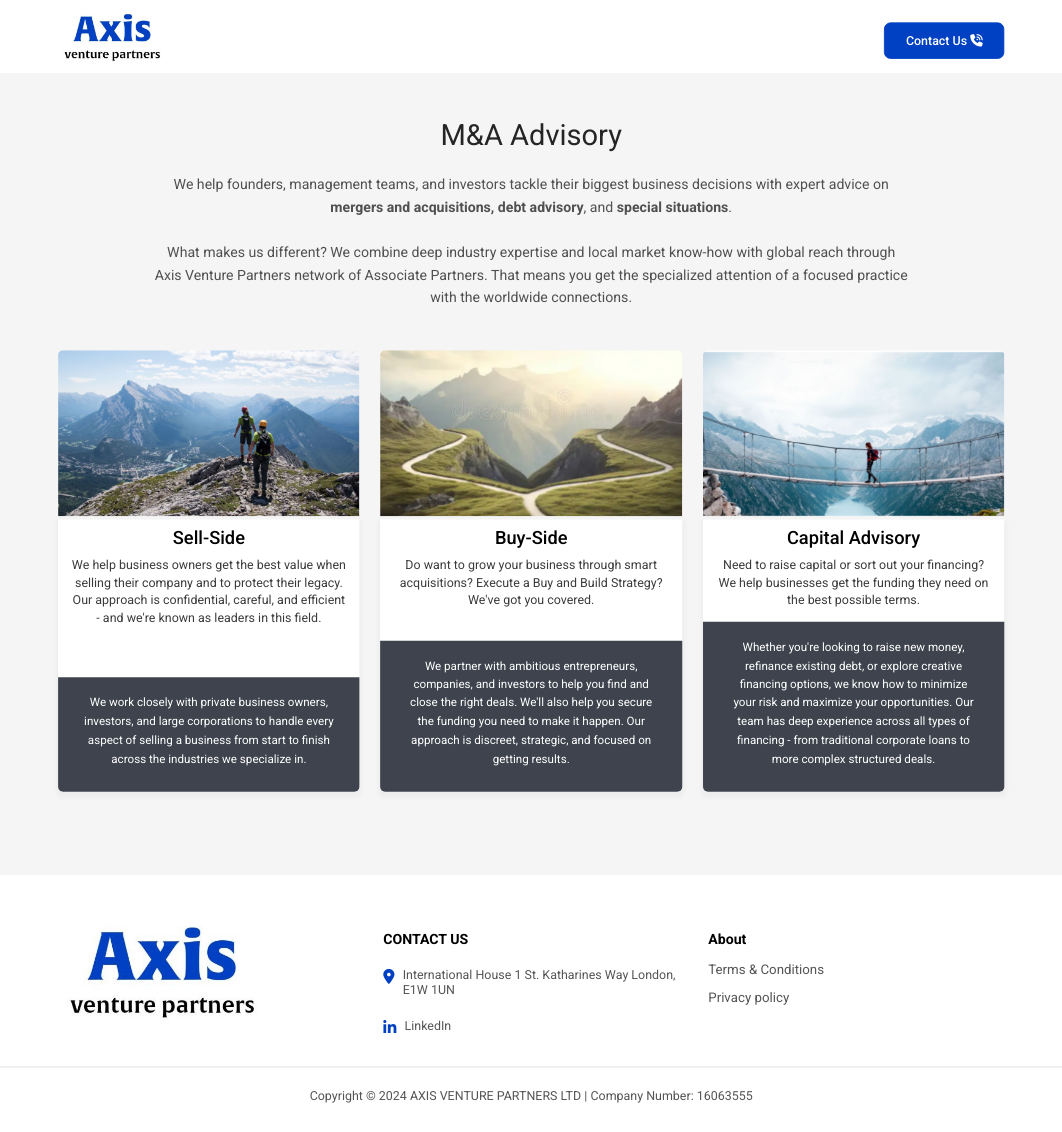
Repository: uchasowa/axisventures
Page: ma-advisory.html
An editor plug-in stored every save of this project. The page is shown before and after the next save, followed by the edit.
The browser window is 1280 px wide. The pictures show the whole page, at 83% of full size.
Some web libraries are served in a nearby version.

Above is the page before, as saved 2025-07-04 21:08:55.

### ma-advisory.html
<!DOCTYPE html>
<html lang="en">
<head>
    <meta charset="UTF-8">
    <meta name="viewport" content="width=device-width, initial-scale=1.0">
    <title>M&A Advisory | Axis Venture Partners</title>
    <link rel="stylesheet" href="./css/style.css">
    <link rel="stylesheet" href="./css/animate.min.css">
    <link rel="shortcut icon" href="./assets/favicon.ico" type="image/x-icon">
    <script src="https://kit.fontawesome.com/49f02d4a75.js" crossorigin="anonymous"></script>
</head>
<body>
    <header>
        <div class="container">
            <div class="logo">
                <a href="index.html" class="logo-link">
                    <img src="./assets/logo.jpeg" alt="Axis Venture Partners Logo">
                </a>
            </div>
            <a class="contact-btn" href="https://2f7evz.share-eu1.hsforms.com/2scI3GD3BTHCDbXn-jbSilg" aria-label="Contact Us">
                <span>Contact Us</span>
                <i class="fa-solid fa-phone-volume" aria-hidden="true"></i>
            </a>
        </div>
    </header>
    <main>
        <section class="whatWeDo" aria-label="M&A Advisory Services" style="padding-top:30px;">
            <div class="container">
                <div class="title wow animate__fadeInUp" data-wow-duration="0.8s">
                    <h1>M&amp;A Advisory</h1>
                    <p>
                        We help founders, management teams, and investors tackle their biggest business decisions with expert advice on <b>mergers and acquisitions, debt advisory</b>, and <b>special situations</b>.<br><br>
                        What makes us different? We combine deep industry expertise and local market know-how with global reach through Axis Venture Partners network of Associate Partners. That means you get the specialized attention of a focused practice with the worldwide connections.
                    </p>
                </div>
                <div class="boxes">
                    <!-- Sell-Side Card -->
                    <article class="box wow animate__fadeInUp" data-wow-duration="0.8s">
                        <div class="image">
                            <img src="./assets/mountain_hiking.png" alt="Sell-Side Advisory">
                        </div>
                        <div class="text">
                            <h2>Sell-Side</h2>
                            <span>We help business owners get the best value when selling their company and to protect their legacy. Our approach is confidential, careful, and efficient - and we're known as leaders in this field.</span>
                            <div class="footer">
                                <p>We work closely with private business owners, investors, and large corporations to handle every aspect of selling a business from start to finish across the industries we specialize in.</p>
                            </div>
                        </div>
                    </article>
                    <!-- Buy-Side Card -->
                    <article class="box wow animate__fadeInUp" data-wow-duration="1.2s">
                        <div class="image">
                            <img src="./assets/forked_path.png" alt="Buy-Side Advisory">
                        </div>
                        <div class="text">
                            <h2>Buy-Side</h2>
                            <span>Do want to grow your business through smart acquisitions? Execute a Buy and Build Strategy? We've got you covered.</span>
                            <div class="footer">
                                <p>We partner with ambitious entrepreneurs, companies, and investors to help you find and close the right deals. We'll also help you secure the funding you need to make it happen. Our approach is discreet, strategic, and focused on getting results.</p>
                            </div>
                        </div>
                    </article>
                    <!-- Capital Advisory Card -->
                    <article class="box wow animate__fadeInUp" data-wow-duration="1.6s">
                        <div class="image">
                            <img src="./assets/rope_bridge.png" alt="Capital Advisory">
                        </div>
                        <div class="text">
                            <h2>Capital Advisory</h2>
                            <span>Need to raise capital or sort out your financing? We help businesses get the funding they need on the best possible terms.</span>
                            <div class="footer">
                                <p>Whether you're looking to raise new money, refinance existing debt, or explore creative financing options, we know how to minimize your risk and maximize your opportunities. Our team has deep experience across all types of financing - from traditional corporate loans to more complex structured deals.</p>
                            </div>
                        </div>
                    </article>
                </div>
            </div>
        </section>
    </main>
    <footer>
        <div class="container">
            <div class="grid">
                <div class="logo">
                    <a href="index.html">
                        <img src="./assets/logo.jpeg" alt="Axis Venture Partners Logo">
                    </a>
                </div>
                <div class="boxOne">
                    <h3>CONTACT US</h3>
                    <ul>
                        <li>
                            <a href="#">
                                <i class="fa-solid fa-location-dot"></i>
                                <p>International House
                                    1 St. Katharines Way
                                    London, E1W 1UN</p>
                            </a>
                        </li>
                        <li>
                            <a href="https://www.linkedin.com/company/axis-venture-partners/">
                                <i class="fa-brands fa-linkedin-in"></i>
                                <p>LinkedIn</p>
                            </a>
                        </li>
                    </ul>
                </div>
                <div class="boxTwo">
                    <h3>About</h3>
                    <div class="links">
                        <a href="./terms-conditions.html">Terms & Conditions</a>
                        <a href="./privacy-policy.html">Privacy policy</a>
                    </div>
                </div>
            </div>
        </div>
        <div class="copyRight">
            <p>Copyright © 2024 AXIS VENTURE PARTNERS LTD | Company Number: 16063555 </p>
        </div>
    </footer>
    <button class="buttonScroll">
        <i class="fa-solid fa-angles-up"></i>
    </button>
    <script src="./js/wow.min.js"></script>
    <script>
        new WOW().init();
        let buttonScroll = document.querySelector(".buttonScroll");
        buttonScroll.onclick = function () {
            window.scrollTo({ top: 0, behavior: "smooth" });
        };
        window.onscroll = function () {
            if (window.scrollY >= 400) {
                buttonScroll.style.opacity = "1";
            } else {
                buttonScroll.style.opacity = "0";
            }
        };
    </script>
</body>
</html>

### css/style.css
@import url('https://fonts.googleapis.com/css2?family=Roboto:ital,wght@0,100;0,300;0,400;0,500;0,700;0,900;1,100;1,300;1,400;1,500;1,700;1,900&display=swap');

/* Start Variables */
:root {
    --main-color: #0040c2;
    --secondary-color: #434343;
    --section-padding: 80px;
    --section-background: #f6f6f6;
    --main-duration: 0.5s;
}

* {
    -webkit-box-sizing: border-box;
    -moz-box-sizing: border-box;
    box-sizing: border-box;
}

html {
    scroll-behavior: smooth;
}

body {
    margin: 0;
    font-family: Roboto, "Roboto";
    position: relative;
    min-height: 100vh;
    padding: 0;
    background: #ffffff;
}

::-webkit-scrollbar {
    width: 7px;
}

::-webkit-scrollbar-track {
    background-color: #f9f9f9;
}

::-webkit-scrollbar-thumb {
    background-color: var(--main-color);
    border-radius: 30px;
}

.container {
    padding-left: 15px;
    padding-right: 15px;
    margin-left: auto;
    margin-right: auto;
    max-width: 1200px;
}

/* Medium */
@media (min-width: 992px) {
    .container {
        width: 970px;
    }
}

/* Large */
@media (min-width: 1200px) {
    .container {
        width: 1170px;
    }
}

.buttonScroll {
    position: fixed;
    bottom: 45px;
    right: 60px;
    background-color: var(--main-color);
    border: 1px solid var(--main-color);
    color: white;
    width: 40px;
    height: 40px;
    border-radius: 8px;
    font-size: 18px;
    transition: 0.5s;
    cursor: pointer;
    opacity: 0;
    z-index: 4;
}

.buttonScroll:hover {
    background-color: white;
    color: var(--main-color);
}

.buttonScroll i {
    position: absolute;
    top: 50%;
    left: 50%;
    transform: translate(-50%, -50%);
    font-size: 15px;
}

/* Start Header */
header {
    width: 100%;
    border-bottom: 1px solid rgba(255, 255, 255, 0.1);
    padding: 10px 0px 0px !important;
    background-color: #ffffff;
}

header .container {
    display: flex;
    justify-content: space-between;
    align-items: center;
    margin: auto;
    padding-left: 15px;
    padding-right: 15px;
    margin-left: auto;
    margin-right: auto;
}

header .logo {
    background: #fff !important;
}

header .logo img {
    width: 130px;
}

/* Bulletproof override for header logo link */
header .logo a {
    background: none !important;
    border: none !important;
    padding: 0 !important;
    color: inherit !important;
    box-shadow: none !important;
    text-decoration: none !important;
    display: inline-block;
}
header .logo a:hover,
header .logo a:active,
header .logo a:focus {
    background: none !important;
    border: none !important;
    color: inherit !important;
    box-shadow: none !important;
    text-decoration: none !important;
}

header .contact-btn {
    border: 1px solid var(--main-color);
    background-color: var(--main-color);
    color: #ffffff;
    padding: 12px 25px;
    border-radius: 8px;
    text-decoration: none;
    font-weight: 500;
    transition: 0.5s;
    font-size: 15px;
}

header .contact-btn:hover {
    background-color: #ffffff;
    color: var(--main-color);
}

/* End Header */

/* Start LANDING */
.landing {
    background-image: url("../assets/landing.jpg");
    background-repeat: no-repeat;
    background-size: cover;
    position: relative;
    height: 85vh;
    color: white;
    display: flex;
    justify-content: center;
    align-items: center;
    background-position: 50%;
}

.landing::before {
    content: "";
    position: absolute;
    background-color: #00000097;
    width: 100%;
    height: 100%;
}

.landing .container {
    position: relative;
    z-index: 2;
}

.landing .content {
    line-height: 1.4;
}

.landing h1 {
    font-size: 50px;
    text-align: center;
    margin: 0;
    font-weight: 500;
}

@media(max-width:767px) {
    .landing h1 {
        font-size: 35px;
    }
}

.landing p {
    font-size: 18px;
    text-align: center;
    color: #ffffffd7;
    width: 60%;
    margin: 10px auto;
}

@media(max-width:767px) {
    .landing p {
        width: 100%;
    }
}

.landing p span {
    color: #ffffff;
    font-weight: 600;
}

.landing a {
    display: block;
    width: fit-content;
    margin: 20px auto;
    border: 1px solid var(--main-color);
    background-color: var(--main-color);
    color: #ffffff;
    padding: 15px 35px;
    border-radius: 8px;
    text-decoration: none;
    font-weight: 500;
    transition: 0.5s;
    font-size: 18px;
}

.landing a:hover {
    background-color: #ffffff;
    color: var(--main-color);
}

/* END LANDING */
/* Start Section What We Do*/
.whatWeDo {
    padding: 50px 0px 100px;
    background-color: #f5f5f5;
}

.whatWeDo .title {
    text-align: center;
    margin-bottom: 50px;
}

.whatWeDo .title h1 {
    color: #000000d9;
    font-weight: 400;
    font-size: 35px;
    margin: 25px 0px;
}

@media(max-width:767px) {
    .whatWeDo .title h1 {
        font-size: 35px;
    }
}

.whatWeDo .title p {
    width: 80%;
    font-size: 17px;
    color: #000000ac;
    margin: auto;
    line-height: 1.6;
}

.whatWeDo .title p span {
    color: #000;
    font-weight: 600;
}

@media(max-width:767px) {
    .whatWeDo .title p {
        width: 100%;
        font-size: 16px;
    }
}

.whatWeDo .boxes {
    display: grid;
    grid-template-columns: 1fr 1fr 1fr;
    gap: 25px;
    align-items: stretch;
}

.whatWeDo .boxes .box {
    display: flex;
    flex-direction: column;
    height: 100%;
}

.whatWeDo .boxes .box .image img {
    width: 100%;
    height: 200px;
    border-top-right-radius: 6px;
    border-top-left-radius: 6px;
    object-fit: cover;
}

.whatWeDo .boxes .box .text {
    padding: 5px 0px 0px;
    background-color: #ffffff;
    box-shadow: 0 4.23px 4px 3px #ababab16;
    border-radius: 0 0 6px 6px;
    flex-grow: 1;
    display: flex;
    flex-direction: column;
}

.whatWeDo .boxes .box h2 {
    text-align: center;
    color: #000;
    font-weight: 500;
    font-size: 22px;
    margin: 5px 0px 10px;
}

.whatWeDo .boxes .box span {
    color: #000000c4;
    font-size: 15px;
    text-align: center;
    display: block;
    margin-bottom: 15px;
    line-height: 1.4;
    flex-grow: 1;
    padding: 0 15px;
}

.whatWeDo .boxes .box .footer {
    background-color: #3e434d;
    padding: 5px 30px 15px;
    border-bottom-right-radius: 6px;
    border-bottom-left-radius: 6px;
    min-height: 110px;
    margin-top: auto;
    display: flex;
    align-items: center;
    justify-content: center;
}

.whatWeDo .boxes .box .footer p {
    font-size: 14px;
    color: #ffffff;
    text-align: center;
    line-height: 1.6;
}

/* END Section What We Do*/
/* Start Section Partner*/
.partner {
    background-image: url("../assets/partner.jpg");
    background-repeat: no-repeat;
    background-size: cover;
    position: relative;
    color: white;
    display: flex;
    justify-content: center;
    align-items: center;
    background-position: 50%;
}

.partner::before {
    content: "";
    position: absolute;
    background-color: #0000009b;
    width: 100%;
    height: 100%;
}

.partner .container {
    position: relative;
    z-index: 2;
}

.partner .content {
    padding: 50px 0px;
}

.partner h1 {
    font-size: 40px;
    text-align: center;
    margin: 0;
}

@media(max-width:767px) {
    .partner h1 {
        font-size: 22px;
    }
}

.partner p {
    font-size: 18px;
    text-align: center;
    color: #ffffffe7;
    width: 60%;
    margin: 30px auto;
    line-height: 1.8;
}

@media(max-width:767px) {
    .partner p {
        width: 100%;
    }
}

.partner a {
    display: block;
    width: fit-content;
    margin: 20px auto;
    border: 1px solid var(--main-color);
    background-color: var(--main-color);
    color: #ffffff;
    padding: 15px 35px;
    border-radius: 8px;
    text-decoration: none;
    font-weight: 500;
    transition: 0.5s;
    font-size: 15px;
}

.partner a:hover {
    background-color: #ffffff;
    color: var(--main-color);
}

/* END Section Partner*/
/* Start Section Team*/
.team {
    padding: 30px 0px 100px;
    background-color: #f5f5f5;
}

.team .title {
    text-align: center;
    margin-bottom: 50px;
}

.team .title h1 {
    color: #000000d9;
    font-weight: 400;
    font-size: 45px;
    margin: 25px 0px;
}

@media(max-width:767px) {
    .team .title h1 {
        font-size: 35px;
    }
}

.team .title p {
    width: 70%;
    font-size: 19px;
    color: #000000ac;
    margin: auto;
    line-height: 1.6;
}

@media(max-width:767px) {
    .team .title p {
        width: 100%;
        font-size: 16px;
    }
}

.team .boxes {
    display: grid;
    grid-template-columns: 1fr 1fr 1fr;
    gap: 25px;
    align-items: stretch;
}

.team .boxes .box {
    padding: 25px 30px;
    background-color: #ffffff;
    border-radius: 20px;
    box-shadow: 0 4.23px 4px 3px #ababab16;
    display: flex;
    flex-direction: column;
    height: 100%;
    min-height: 400px;
}

.team .boxes .box .top {
    display: flex;
    align-items: center;
    gap: 20px;
    margin-bottom: 20px;
}

.team .boxes .box .top .text {
    line-height: 1.2;
}

.team .boxes .box .top .text h3 {
    color: #000;
    font-size: 19px;
    margin: 0px 0px 10px;
}

.team .boxes .box .top .text span {
    background-color: var(--main-color);
    color: #ffffff;
    padding: 5px 15px;
    border-radius: 6px;
    font-size: 13px;
    font-weight: 500;
    text-transform: uppercase;
}

.team .boxes .box .image img {
    width: 80px;
    height: 80px;
    border-radius: 50%;
    object-fit: cover;
}

.team .boxes .box p {
    font-size: 15px;
    color: #000000b0;
    line-height: 1.5;
    text-align: center;
    flex-grow: 1;
    margin-bottom: 20px;
}

.team .boxes .box .links {
    display: flex;
    justify-content: center;
    align-items: center;
    gap: 10px;
    margin-top: auto;
}

.team .boxes .box .links a {
    width: 35px;
    height: 35px;
    border-radius: 50%;
    background-color: var(--main-color);
    display: flex;
    justify-content: center;
    align-items: center;
    font-size: 16px;
    color: #ffffff;
    text-decoration: none;
    transition: 0.5s;
    border: 1px solid var(--main-color);
}

.team .boxes .box .links a:hover {
    background-color: transparent;
    color: var(--main-color);
}

/* END Section Team*/
/* Start Section Community*/
.community {
    background-image: url("../assets/community.jpg");
    background-repeat: no-repeat;
    background-size: cover;
    position: relative;
    color: white;
    display: flex;
    justify-content: center;
    align-items: center;
    background-position: 50%;
}

.community::before {
    content: "";
    position: absolute;
    background-color: #0000009b;
    width: 100%;
    height: 100%;
}

.community .container {
    position: relative;
    z-index: 2;
}

.community .content {
    padding: 50px 0px;
}

.community h1 {
    font-size: 40px;
    text-align: center;
    margin: 0;
}

@media(max-width:767px) {
    .community h1 {
        font-size: 22px;
    }
}

.community p {
    font-size: 18px;
    text-align: center;
    color: #ffffffe7;
    width: 60%;
    margin: 30px auto;
    line-height: 1.8;
}

@media(max-width:767px) {
    .community p {
        width: 100%;
    }
}

.community a {
    display: block;
    width: fit-content;
    margin: 20px auto;
    border: 1px solid var(--main-color);
    background-color: var(--main-color);
    color: #ffffff;
    padding: 15px 35px;
    border-radius: 8px;
    text-decoration: none;
    font-weight: 500;
    transition: 0.5s;
    font-size: 15px;
}

.community a:hover {
    background-color: #ffffff;
    color: var(--main-color);
}

/* END Section Community*/
/* Start Section Footer */
footer {
    padding: 50px 0px 20px;
}

footer .grid {
    display: grid;
    grid-template-columns: 1fr 1fr 1fr;
    gap: 35px;
    padding-bottom: 15px;
}

@media(max-width:750px) {
    footer .grid {
        grid-template-columns: 1fr;
        gap: 10px;
    }
}

footer .grid .logo img {
    width: 250px;
}

footer .grid h3 {
    color: #000;
    font-size: 17px;
}

footer .grid .boxOne ul {
    list-style: none;
    padding: 0px;
}

footer .grid .boxOne ul li a {
    text-decoration: none;
    display: flex;
    gap: 10px;
    align-items: start;
    color: #000000ab;
    margin: 25px 0px;
}

footer .grid .boxOne ul li a i {
    position: relative;
    top: 2px;
    color: var(--main-color);
    font-size: 18px;
}

footer .grid .boxOne ul li a p {
    margin: 0;
    font-size: 15px;
}

footer .grid .boxTwo .links a {
    display: block;
    text-decoration: none;
    color: #000000ab;
    margin: 15px 0px;
    transition: 0.3s;
}

footer .grid .boxTwo .links a:hover {
    color: var(--main-color);
    letter-spacing: 1.2px;
}

footer .copyRight {
    border-top: 1px solid #0000001f;
    text-align: center;
    color: #000000ab;
    padding-top: 10px;
    font-size: 15px;
}

/* End Footer */

/* Improved responsive behavior */
@media(max-width:992px) {
    .whatWeDo .boxes {
        grid-template-columns: 1fr 1fr;
    }

    .team .boxes {
        grid-template-columns: 1fr 1fr;
    }
}

@media(max-width:767px) {
    .whatWeDo .boxes {
        grid-template-columns: 1fr;
    }

    .team .boxes {
        grid-template-columns: 1fr;
    }

    .team .boxes .box {
        min-height: auto;
    }
}

.logo-link {
    background: none !important;
    border: none !important;
    border-radius: 0 !important;
    box-shadow: none !important;
    color: inherit !important;
    padding: 0 !important;
    margin: 0 !important;
    display: inline-block;
    text-decoration: none !important;
}
.logo-link:hover, .logo-link:active, .logo-link:focus {
    background: none !important;
    border: none !important;
    color: inherit !important;
    box-shadow: none !important;
    text-decoration: none !important;
}

Loaded but not shown: css/animate.min.css (library); js/wow.min.js (library)

After the next save:
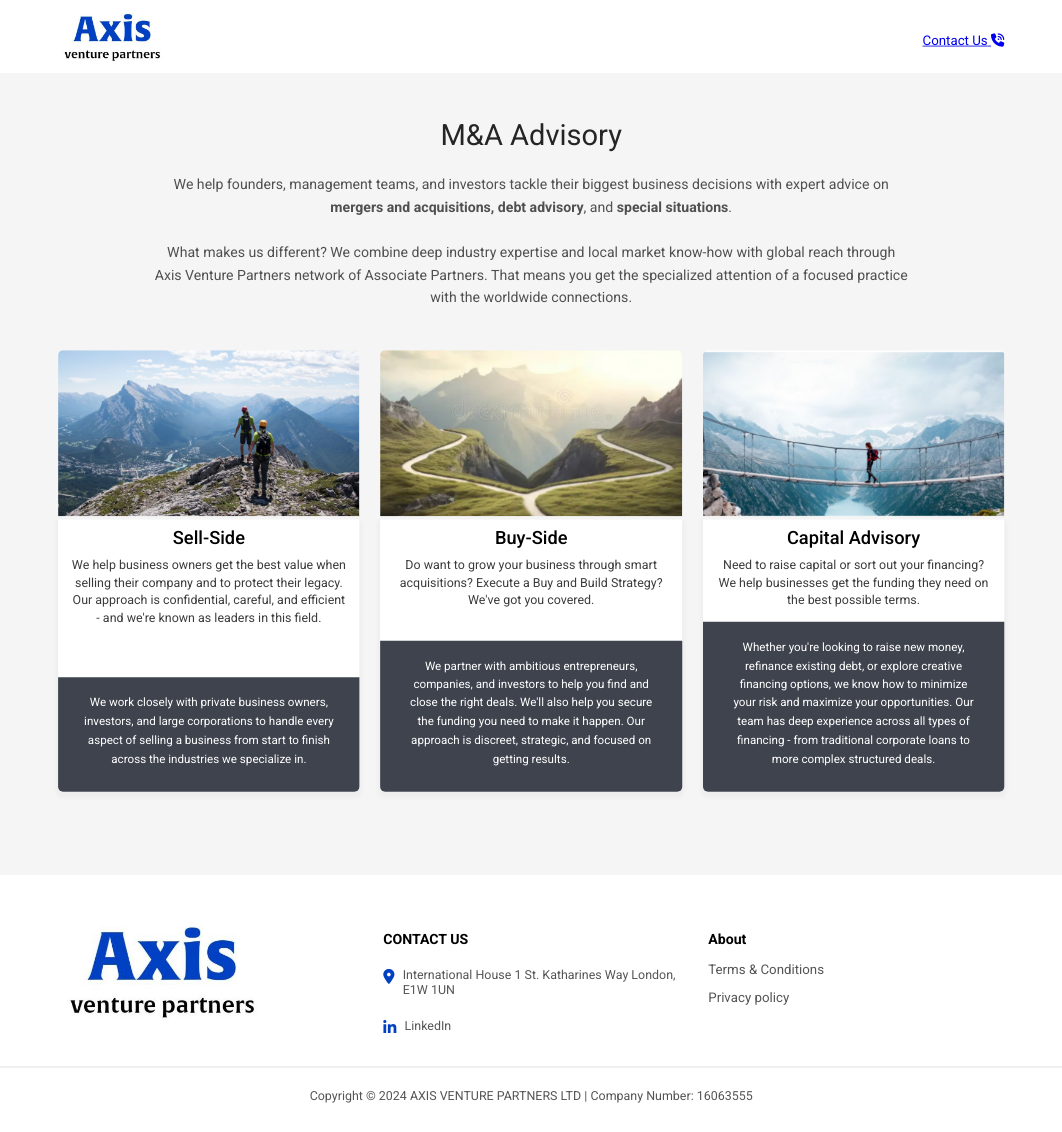
Saved 1 s later.
--- a/ma-advisory.html
+++ b/ma-advisory.html
@@ -13,11 +13,11 @@
     <header>
         <div class="container">
             <div class="logo">
-                <a href="index.html" class="logo-link">
+                <a href="index.html" style="background-color: #fff; border: none;">
                     <img src="./assets/logo.jpeg" alt="Axis Venture Partners Logo">
                 </a>
             </div>
-            <a class="contact-btn" href="https://2f7evz.share-eu1.hsforms.com/2scI3GD3BTHCDbXn-jbSilg" aria-label="Contact Us">
+            <a href="https://2f7evz.share-eu1.hsforms.com/2scI3GD3BTHCDbXn-jbSilg" aria-label="Contact Us">
                 <span>Contact Us</span>
                 <i class="fa-solid fa-phone-volume" aria-hidden="true"></i>
             </a>
